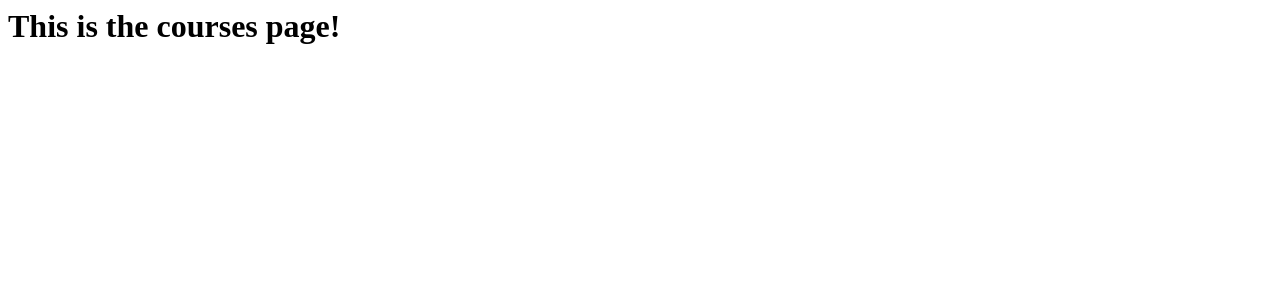
Repository: codewangg/CourseReview
Page: http://localhost/courses
The author's editor kept a copy of each file at every save. The page is drawn from the files as they stood at one save, then again after the next save.
The browser window is 1280 px wide. The pictures show the whole page.
The page is served by the project's Node server (app.js).

Above is the page before, as saved 2020-08-15 15:40:01.

After the next save:
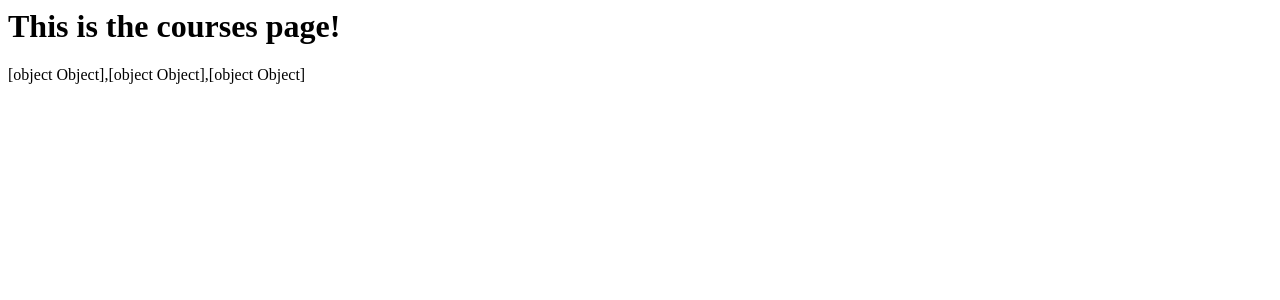
Saved 55 s later.
--- a/views/courses.ejs
+++ b/views/courses.ejs
@@ -1 +1,3 @@
 <h1>This is the courses page!</h1>
+
+<%= courses%>

After the save that followed:
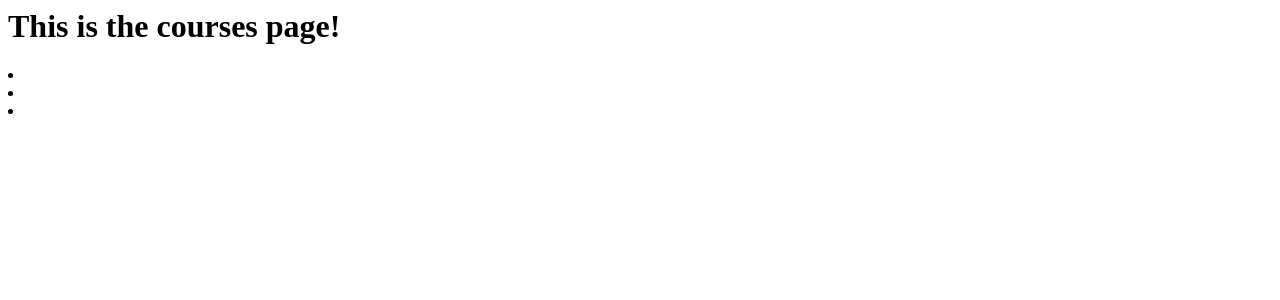
Saved 96 s later.
--- a/views/courses.ejs
+++ b/views/courses.ejs
@@ -1,3 +1,7 @@
 <h1>This is the courses page!</h1>
 
-<%= courses%>
+<% courses.forEach(function(course){ %>
+    <li>
+        <% course.name %>
+    </li>
+<%});%>
